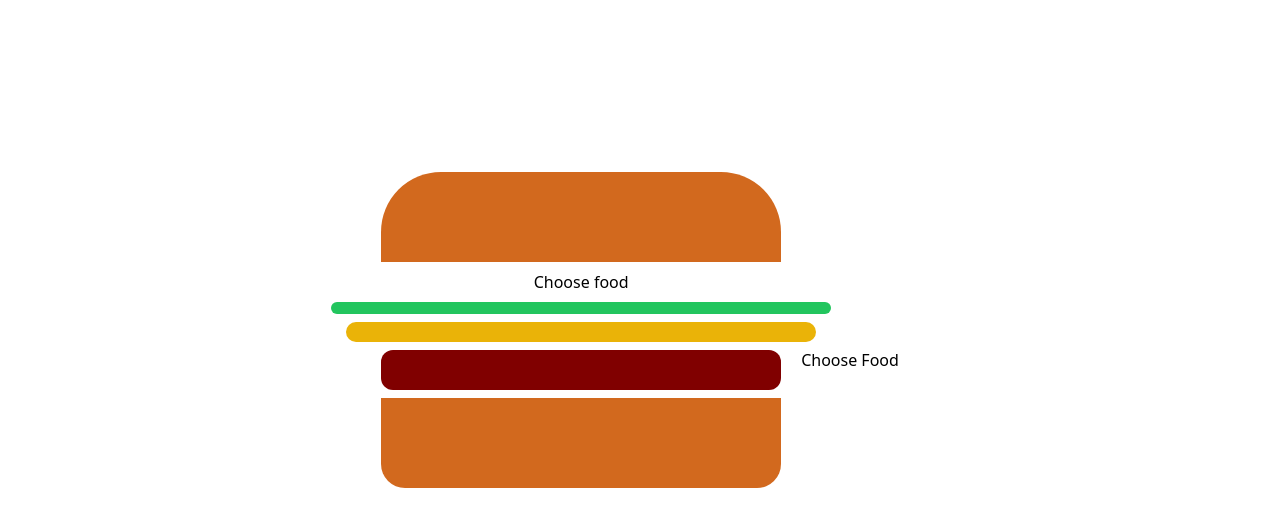
Repository: baobaodeveloper/bootcamp21_HuynhAnhBao_Burger
Page: /
These files come from the project's save history. The page is drawn as it stood at one moment and after the next save; the edit follows.
The browser window is 1280 px wide. The pictures show the whole page.
The project was rebuilt for these pictures with package versions that can differ from the ones it lists, and the page was loaded fresh each time. Also part of the build but not shown: vite.config.js.

Above is the page before, as saved 2022-05-15 16:50:22.

### src/App.jsx
import Burger from "./components/Burger";

function App() {
  return <Burger></Burger>;
}

export default App;

### src/components/Burger.jsx
import React from "react";

export default function Burger() {
  return (
    <div>
      <div className="flex items-center gap-x-5 w-screen h-screen mx-auto justify-center">
        <div className="flex flex-col justify-center items-center gap-y-2 w-[400px]">
          <div className="bg-[#D2691E] w-full h-[30px] relative">
            <div className="bg-[#D2691E] w-full h-[60px] absolute top-0 left-0 -translate-y-[60px] rounded-tl-full rounded-tr-full"></div>
          </div>
          <p>Choose food</p>
          {/* loop here */}
          <div className="h-3 bg-green-500 w-[500px] rounded-full"></div>
          <div className="h-5 bg-yellow-500 w-[470px] rounded-full"></div>
          <div className="h-10 bg-[#800000] w-[400px] rounded-xl"></div>

          <div className="w-full bg-[#D2691E] h-[90px] rounded-br-3xl rounded-bl-3xl"></div>
        </div>

        <div className="">
          <h2>Choose Food</h2>
          <div className="flex items-center"></div>
        </div>
      </div>
    </div>
  );
}

Loaded but not shown: index.html (common file); src/main.jsx (common file); src/index.scss (common file); tailwind.config.js (common file)

After the next save:
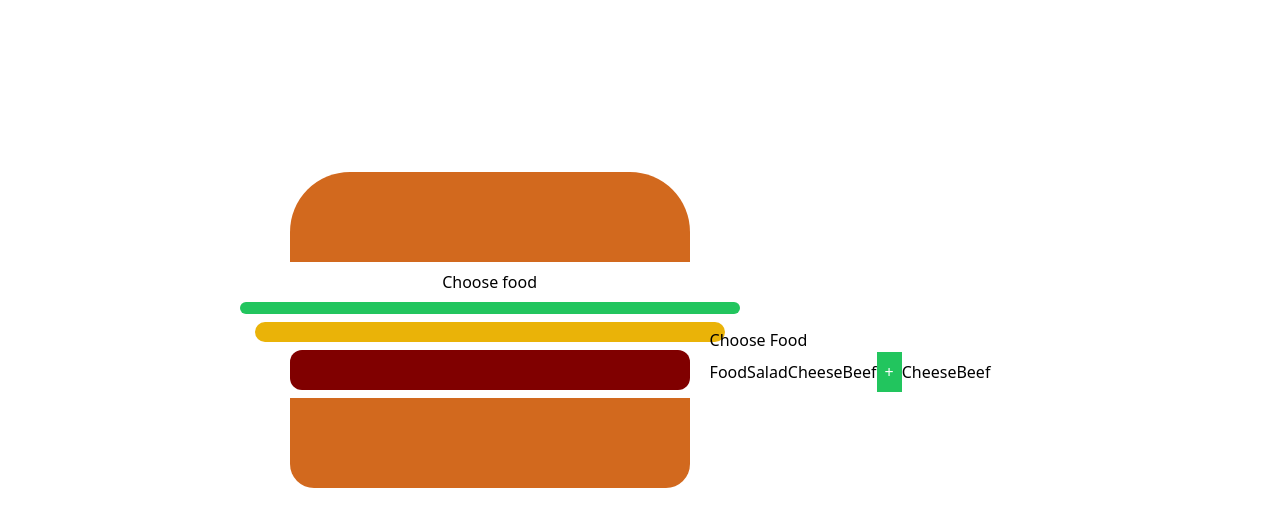
Saved 2 min 34 s later.
--- a/src/components/Burger.jsx
+++ b/src/components/Burger.jsx
@@ -19,7 +19,22 @@ export default function Burger() {
 
         <div className="">
           <h2>Choose Food</h2>
-          <div className="flex items-center"></div>
+          <div className="flex items-center">
+            <div>
+              <span>Food</span>
+              <span>Salad</span>
+              <span>Cheese</span>
+              <span>Beef</span>
+            </div>
+            <div>
+              <span></span>
+              <span>
+                <button className="p-2 bg-green-500 text-white">+</button>
+              </span>
+              <span>Cheese</span>
+              <span>Beef</span>
+            </div>
+          </div>
         </div>
       </div>
     </div>
